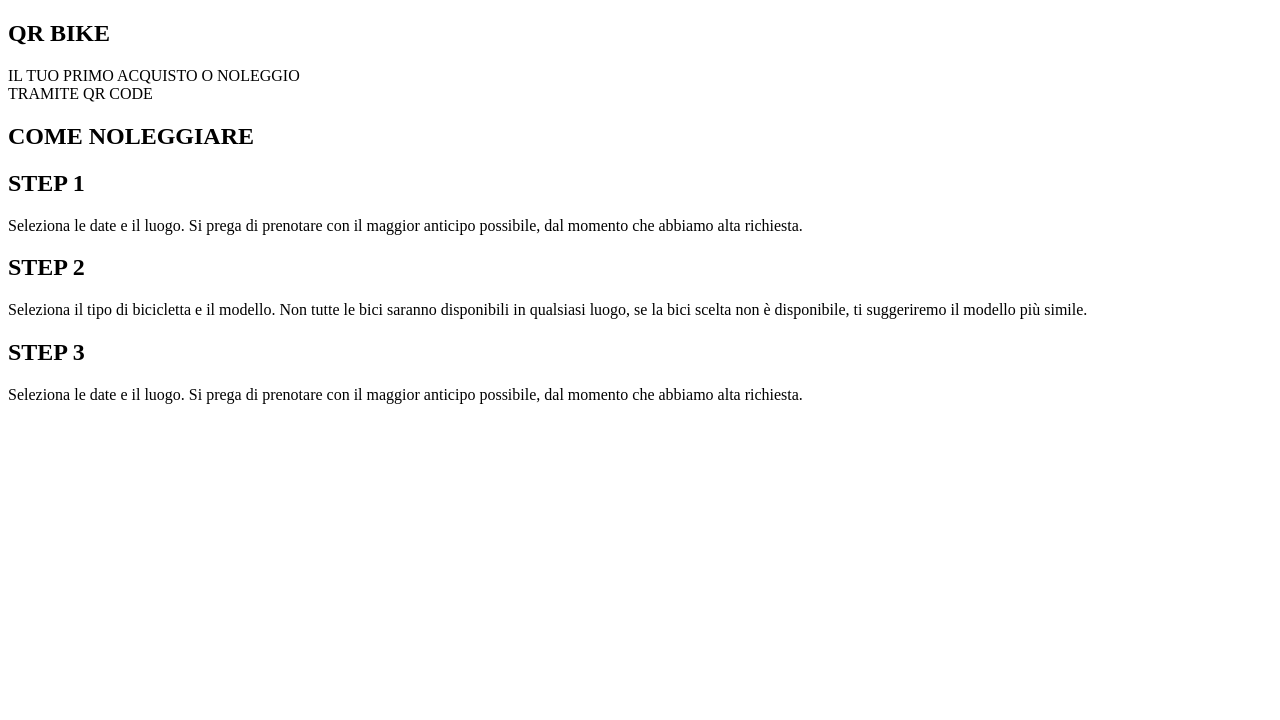
Repository: andrealepori/qrbike
Page: noleggio.html
An editor plug-in stored every save of this project. The page is shown before and after the next save, followed by the edit.
The browser window is 1280 px wide. The pictures show the whole page.

Above is the page before, as saved 2020-09-18 09:15:06.

After the next save:
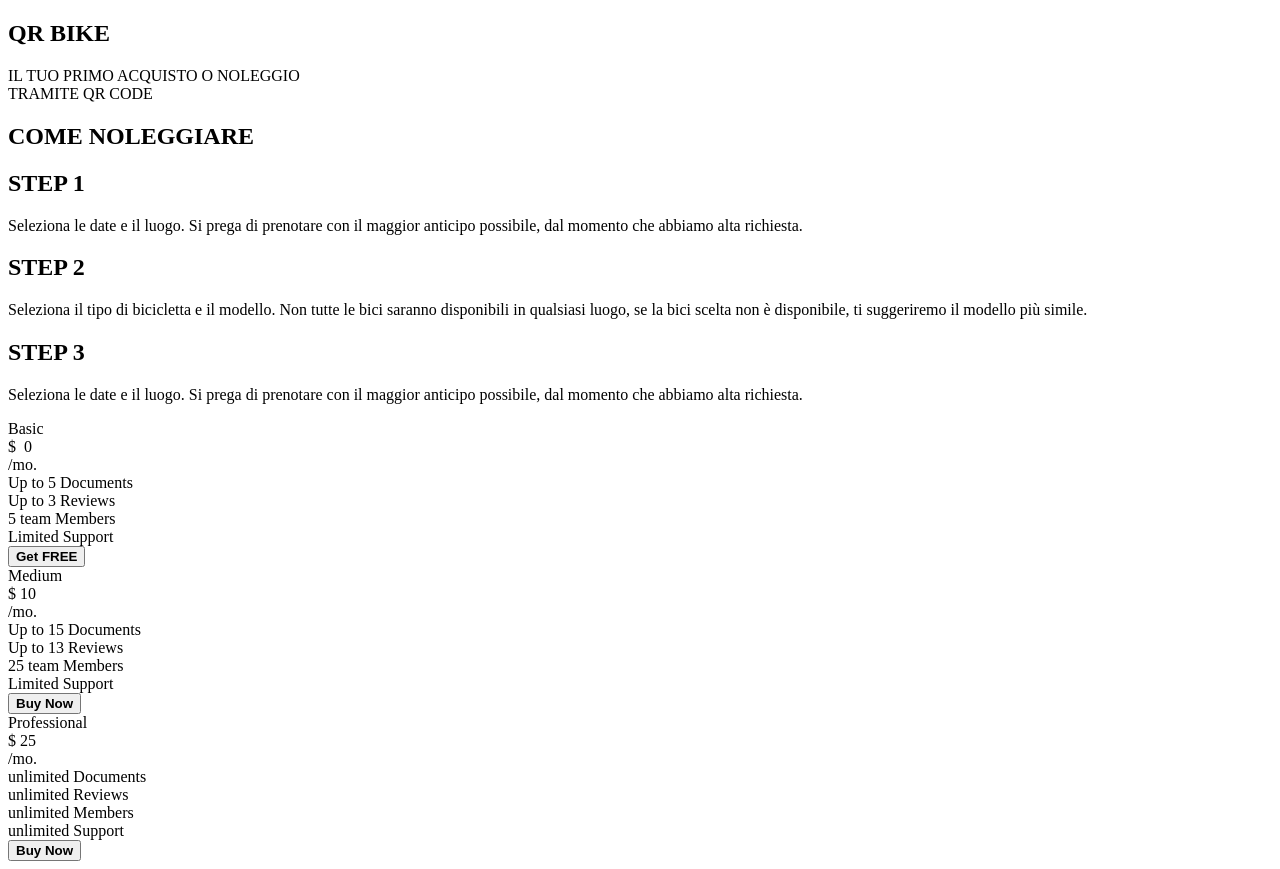
Saved 2 min 4 s later.
--- a/noleggio.html
+++ b/noleggio.html
@@ -84,7 +84,49 @@
 
     </div>
 
+    <div class="w3-container">
+      <div class="w3-row-padding">
+      <div class="w3-col m4">
 
+        <div class="w3-xlarge w3-padding-16"></div>
+      <div class="w3-card-4 w3-margin w3-center w3-white">
+      <div class="w3-xlarge w3-padding-32">Basic</div>
+
+      <div class="w3-padding w3-white"><span class="w3-medium">$</span> <span class="w3-jumbo">&nbsp;0&nbsp;</span><br> <span class="w3-medium">/mo.</span></div>
+      <div class="w3-medium w3-padding">Up to 5 Documents</div>
+      <div class="w3-medium w3-padding">Up to 3 Reviews</div>
+      <div class="w3-medium w3-padding">5 team Members</div>
+      <div class="w3-medium w3-padding">Limited Support</div>
+      <div class="w3-padding-32"><button class="w3-button w3-white w3-border w3-border-blue w3-hover-light-blue w3-round-xxlarge"><strong>Get FREE</strong></button></div>
+      </div>
+      </div>
+      <div class="w3-col m4">
+      <div class="w3-card-4 w3-center w3-margin w3-white">
+      <div class="w3-xlarge w3-padding-32 w3-blue">Medium</div>
+      <div class="w3-padding w3-blue"><span class="w3-medium">$</span> <span class="w3-jumbo">10</span><br> <span class="w3-medium">/mo.</span></div>
+      <div class="w3-medium w3-padding-16">Up to 15 Documents</div>
+      <div class="w3-medium w3-padding-16">Up to 13 Reviews</div>
+      <div class="w3-medium w3-padding-16">25 team Members</div>
+      <div class="w3-medium w3-padding-16">Limited Support</div>
+      <div class="w3-padding-32"><button class="w3-button w3-blue w3-hover-light-blue w3-round-xxlarge"><strong>Buy Now</strong></button></div>
+      </div>
+      </div>
+      <div class="w3-col m4">
+
+        <div class="w3-xlarge w3-padding-16"></div>
+      <div class="w3-card-4 w3-margin w3-center w3-white">
+      <div class="w3-xlarge w3-padding-32">Professional</div>
+
+      <div class="w3-padding w3-white"><span class="w3-medium">$</span> <span class="w3-jumbo">25</span><br> <span class="w3-medium">/mo.</span></div>
+      <div class="w3-medium w3-padding">unlimited Documents</div>
+      <div class="w3-medium w3-padding">unlimited Reviews</div>
+      <div class="w3-medium w3-padding">unlimited Members</div>
+      <div class="w3-medium w3-padding">unlimited Support</div>
+      <div class="w3-padding-32"><button class="w3-button w3-white w3-border w3-border-blue w3-hover-light-blue w3-round-xxlarge"><strong>Buy Now</strong></button></div>
+      </div>
+      </div>
+      </div>
+      </div>
 
 
 

After the save that followed:
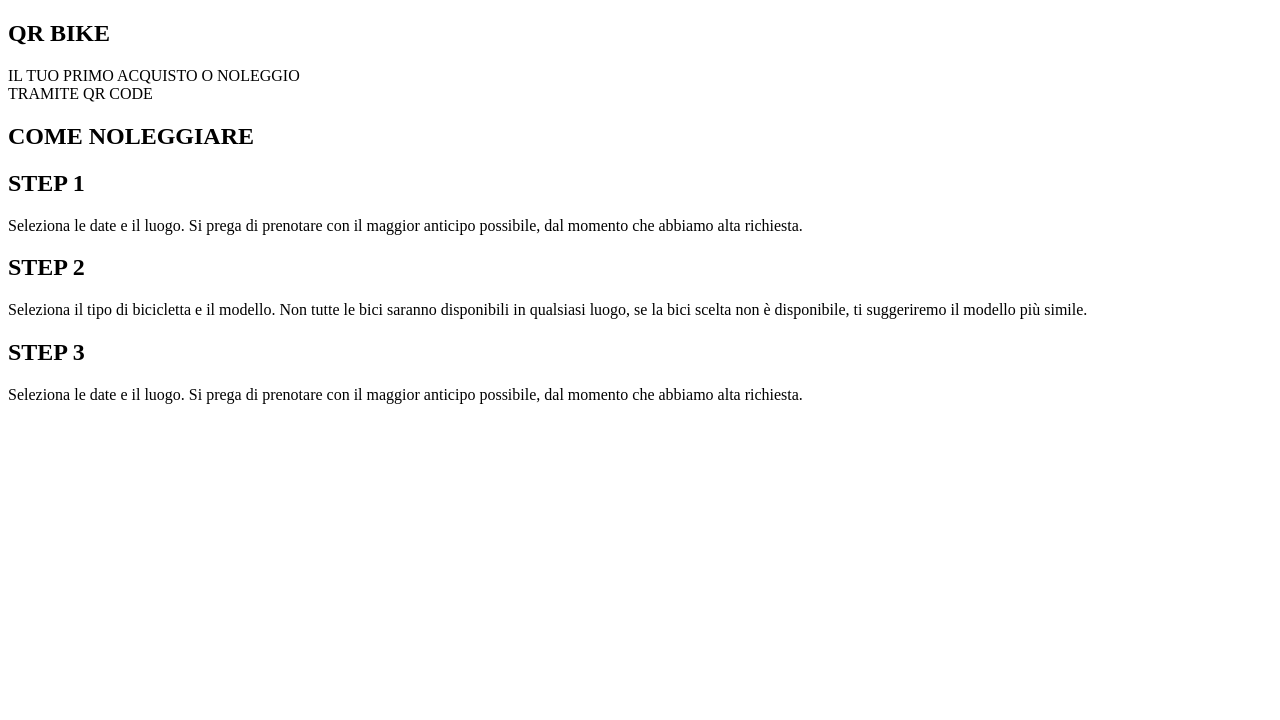
Saved 13 s later.
--- a/noleggio.html
+++ b/noleggio.html
@@ -84,49 +84,7 @@
 
     </div>
 
-    <div class="w3-container">
-      <div class="w3-row-padding">
-      <div class="w3-col m4">
 
-        <div class="w3-xlarge w3-padding-16"></div>
-      <div class="w3-card-4 w3-margin w3-center w3-white">
-      <div class="w3-xlarge w3-padding-32">Basic</div>
-
-      <div class="w3-padding w3-white"><span class="w3-medium">$</span> <span class="w3-jumbo">&nbsp;0&nbsp;</span><br> <span class="w3-medium">/mo.</span></div>
-      <div class="w3-medium w3-padding">Up to 5 Documents</div>
-      <div class="w3-medium w3-padding">Up to 3 Reviews</div>
-      <div class="w3-medium w3-padding">5 team Members</div>
-      <div class="w3-medium w3-padding">Limited Support</div>
-      <div class="w3-padding-32"><button class="w3-button w3-white w3-border w3-border-blue w3-hover-light-blue w3-round-xxlarge"><strong>Get FREE</strong></button></div>
-      </div>
-      </div>
-      <div class="w3-col m4">
-      <div class="w3-card-4 w3-center w3-margin w3-white">
-      <div class="w3-xlarge w3-padding-32 w3-blue">Medium</div>
-      <div class="w3-padding w3-blue"><span class="w3-medium">$</span> <span class="w3-jumbo">10</span><br> <span class="w3-medium">/mo.</span></div>
-      <div class="w3-medium w3-padding-16">Up to 15 Documents</div>
-      <div class="w3-medium w3-padding-16">Up to 13 Reviews</div>
-      <div class="w3-medium w3-padding-16">25 team Members</div>
-      <div class="w3-medium w3-padding-16">Limited Support</div>
-      <div class="w3-padding-32"><button class="w3-button w3-blue w3-hover-light-blue w3-round-xxlarge"><strong>Buy Now</strong></button></div>
-      </div>
-      </div>
-      <div class="w3-col m4">
-
-        <div class="w3-xlarge w3-padding-16"></div>
-      <div class="w3-card-4 w3-margin w3-center w3-white">
-      <div class="w3-xlarge w3-padding-32">Professional</div>
-
-      <div class="w3-padding w3-white"><span class="w3-medium">$</span> <span class="w3-jumbo">25</span><br> <span class="w3-medium">/mo.</span></div>
-      <div class="w3-medium w3-padding">unlimited Documents</div>
-      <div class="w3-medium w3-padding">unlimited Reviews</div>
-      <div class="w3-medium w3-padding">unlimited Members</div>
-      <div class="w3-medium w3-padding">unlimited Support</div>
-      <div class="w3-padding-32"><button class="w3-button w3-white w3-border w3-border-blue w3-hover-light-blue w3-round-xxlarge"><strong>Buy Now</strong></button></div>
-      </div>
-      </div>
-      </div>
-      </div>
 
 
 
